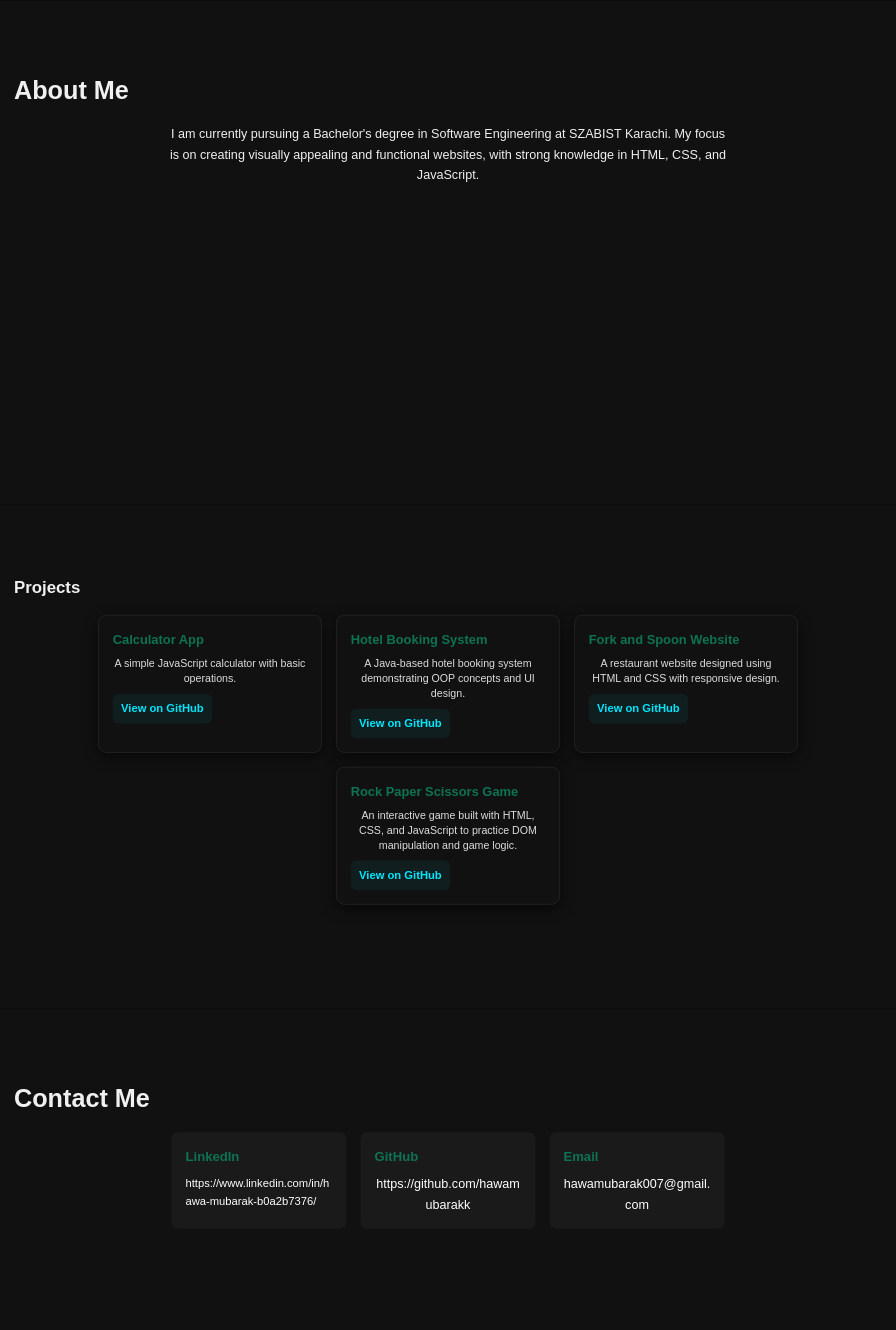
Repository: hawamubarakk/my-portfolio
Page: index.html
The author's editor kept a copy of each file at every save. The page is drawn from the files as they stood at one save, then again after the next save.
The browser window is 1280 px wide. The pictures show the part of the page from y = 779 to 2679 px (the page is 2939 px tall), at 70% of full size.

Above is the page before, as saved 2025-08-12 18:00:58.

After the next save:
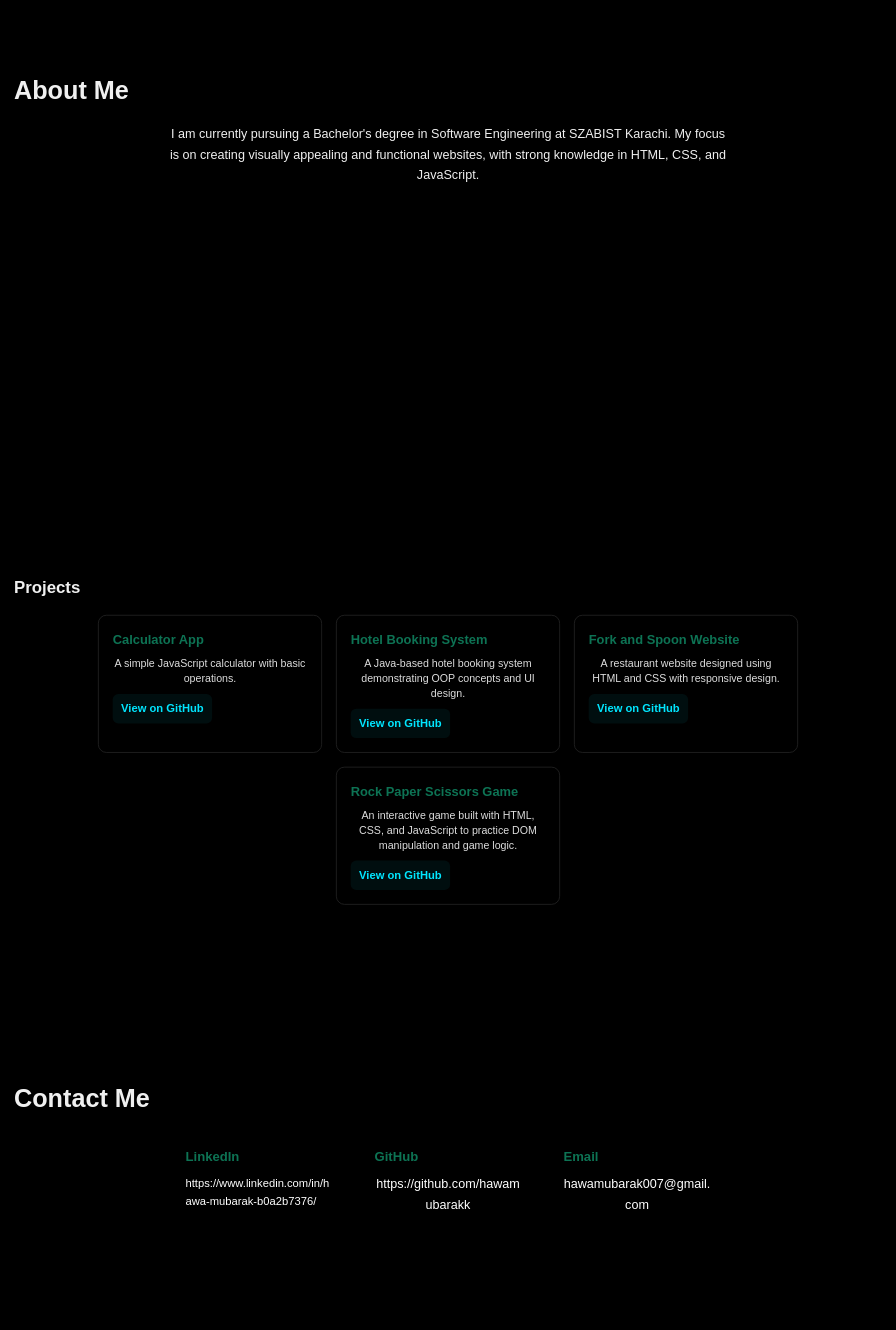
Saved 71 s later.
--- a/css/style.css
+++ b/css/style.css
@@ -72,7 +72,7 @@ header {
 .section {
     padding: 100px 20px; /* Zyada top-bottom space */
     min-height: 100vh; /* Full screen height */
-    background-color: #111; /* Dark background for contrast */
+    background-color: #000; /* Dark background for contrast */
     color: #f0f0f0;
   }
 
@@ -98,7 +98,7 @@ header {
 }
 
 .contact-box, .project-box {
-    background: #1a1a1a;
+    background: #000;
     padding: 20px;
     width: 250px;
     border-radius: 10px;
@@ -138,7 +138,7 @@ header {
 
   /* each project card */
   .project {
-    background: #111;           /* dark card */
+    background: #000;           /* dark card */
     border: 1px solid #2a2a2a;  /* subtle border */
     width: 320px;               /* fixed card width */
     padding: 20px;
